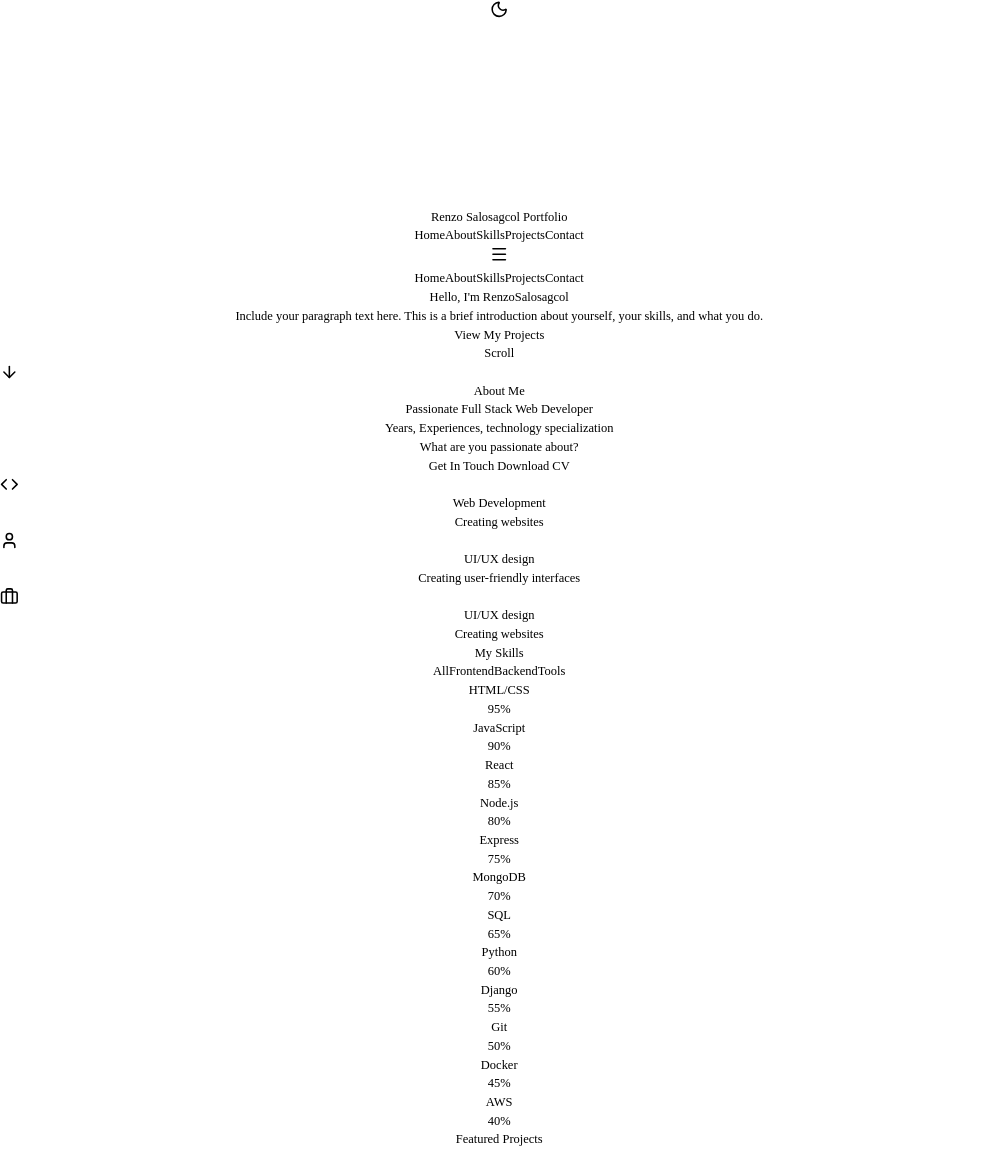
Repository: Renzo-Salosagcol/PERSONAL-PORTFOLIO
Page: /
An editor plug-in stored every save of this project. The page is shown before and after the next save, followed by the edit.
The browser window is 1280 px wide. The pictures show the whole page, at 78% of full size.
The project was rebuilt for these pictures with package versions that can differ from the ones it lists, and the page was loaded fresh each time. Also part of the build but not shown: vite.config.js, src/pages/notFound.jsx.

Above is the page before, as saved 2025-10-06 20:36:58.

### src/index.css
@import "tailwindcss";

@theme {
  --color-border: hsl(var(--border));
  --color-background: hsl(var(--background));
  --color-foreground: hsl(var(--foreground));

  --color-primary: hsl(var(--primary));
  --color-primary-foreground: hsl(var(--primary-foreground));

  --color-card: hsl(var(--card));

  --animate-float: float 6s ease-in-out infinite;
  --animate-pulse-subtle: pulse-subtle 4s ease-in-out infinite;
  --animate-fade-in: fade-in 0.7s ease-out forwards;
  --animate-fade-in-delay-1: fade-in 0.7s ease-out 0.2s forwards;
  --animate-fade-in-delay-2: fade-in 0.7s ease-out 0.4s forwards;
  --animate-fade-in-delay-3: fade-in 0.7s ease-out 0.6s forwards;
  --animate-fade-in-delay-4: fade-in 0.7s ease-out 0.8s forwards;
  --animate-meteor: meteor 5s linear infinite;
}

@keyframes float {
  0%,
  100% {
    transform: translateY(0);
  }
  50% {
    transform: translateY(-10px);
  }
}

@keyframes pulse-subtle {
  0%,
  50% {
    opacity: 0.8;
  }
  100% {
    opacity: 1;
  }
}

@keyframes fade-in {
  from {
    opacity: 0;
    transform: translateY(20px);
  }
  to {
    opacity: 1;
    transform: translateY(0);
  }
}

@keyframes meteor {
  0% {
    transform: rotate(215deg) translateX(0);
    opacity: 1;
  }
  70% {
    opacity: 1;
  }
  100% {
    transform: rotate(215deg) translateX(-500px) ;
    opacity: 0;
  }
}

@layer base {
  :root {
    --background: 210 40% 98%;
    --foreground: 222 47% 11%;

    --card: 0 0% 100%;

    --primary: 259 47% 60%;
    --primary-foreground: 210 40% 98%;

    --border: 214 32% 91%;
  }

  .dark {
    --background: 222 47% 4%;
    --foreground: 213 31% 91%;

    --card: 222 47% 8%;

    --primary: 250 65% 65%;
    --primary-foreground: 213 31% 91%;

    --border: 217 33
  }

    * {
      @apply border-border;
    }

    html {
      @apply scroll-smooth;
    }

    body {
      @apply bg-background text-foreground transition-colors duration-300;
      font-feature-settings: "rlig" 1, "calt" 1;
    }
}

@utility container {
  margin-inline: auto;
  padding-inline: 2rem;

  @media (width >= 640px) {
    max-width: 640px;
  }

  @media (width >= 768px) {
    max-width: 768px;
  }

  @media (width >= 1024px) {
    max-width: 1024px;
  }

  @media (width >= 1280px) {
    max-width: 1280px;
  }

  @media (width >= 1400px) {
    max-width: 1400px;
  }

}

@utility text-glow {
  @apply relative;
  text-shadow: 0 0 10px rgb(167, 139, 250, 0.5);
}

@utility card-hover {
  @apply transition-transform duration-300 hover:scale-[1.02] hover:shadow-lg;
}

@utility gradient-border {
  @apply relative rounded-md;
  background: linear-gradient(to right, hsl(var(--card)));
  background-clip: padding-box;
  border: 1px solid transparent;
}

@utility cosmic-button {
  @apply px-5 py-2 rounded-full bg-primary text-primary-foreground font-medium
  transition-all duration-300 hover:shadow-[0_0_10px_rgba(139,92,246,0.5)]
  hover:scale-105 active:scale-95;
}

@utility star {
  @apply absolute bg-white rounded-full;
  box-shadow: 0 0 10px 2px rgba(255, 255, 255, 0.4);
}

@utility meteor {
  @apply absolute bg-linear-to-r from-white to-transparent rounded-full;
  box-shadow: 0 0 10px 5px rgba(255, 255, 255, 0.3);
}

#root {
  max-width: 100%;
  margin: 0 auto;
  padding: 0;
  text-align: center;
}

### src/App.jsx
import { BrowserRouter, Routes, Route } from "react-router-dom"
import { Home } from "./pages/home"
import { NotFound } from "./pages/notFound"

function App() {
  return (
    <>
      <BrowserRouter>
        <Routes>
          <Route index element={<Home />} />
          <Route path="*" element={<NotFound />} />
        </Routes>
      </BrowserRouter>
    </>
  );
}

export default App

### src/pages/home.jsx
import { ThemeToggle } from "../components/ThemeToggle"
import { StarBackground } from "../components/StarBackground"
import { Navbar } from "../components/Navbar"
import { HeroSection } from "../components/HeroSection"
import { AboutSection } from "../components/AboutSection"
import { SkillsSection } from "../components/SkillsSection"
import { ProjectsSection } from "../components/ProjectsSections"


export const Home = () => {
  return (
    <div className="min-h-screen bg-background text-foreground overflow-x-hidden">
      {/* Theme Toggle */}
      <ThemeToggle />

      {/* Background Effects */}
      <StarBackground />

      {/* Navbar */}
      <Navbar />

      {/* Main Content */}
      <main>
        <HeroSection />
        <AboutSection />
        <SkillsSection />
        <ProjectsSection />
      </main>

      {/* Footer */}
    </div>
  )
}

### src/components/ThemeToggle.jsx
import { useState, useEffect } from "react"
import { Sun, Moon } from "lucide-react"
import { cn } from "@/lib/utils"

export const ThemeToggle = () => {
  const [isDark, setIsDark] = useState(false)

  useEffect(() => {
    const theme = localStorage.getItem("theme")
    if (theme) {
      setIsDark(theme === "dark")
      document.documentElement.classList.toggle("dark", theme === "dark")
    }
  }, [])

  const toggleTheme = () => {
    setIsDark(!isDark)
    document.documentElement.classList.toggle("dark", !isDark)
    localStorage.setItem("theme", !isDark ? "dark" : "light")
  }

  return (
    <button
      onClick={toggleTheme}
      className={cn("fixed max-sm:hidden top-5 right-5 z-50 p-2 rounded-full",
        "transition-color duration-300 focus:outline-hidden"
      )}
    >
      {isDark ? (
        <Sun className="h-6 w-6 text-yellow-300" />
      ) : (
        <Moon className="h-6 w-6 text-blue-900" />
      )}
    </button>

  )
}

### src/components/StarBackground.jsx
import { useState, useEffect } from "react"

// ID, Size, X, Y, Opacity, Animation Duration

export const StarBackground = () => {
  const [stars, setStars] = useState([])
  const [meteors, setMeteors] = useState([])

  useEffect(() => {
    generateStars()
    generateMeteors()

    const handleResize = () => {
      generateStars()
      generateMeteors()
    }

    window.addEventListener("resize", handleResize)
    return () => window.removeEventListener("resize", handleResize)
  }, [])

  const generateStars = () => {
    const numberOfStars = Math.floor(window.innerWidth * window.innerHeight / 10000)

    const newStars = []
    for (let i = 0; i < numberOfStars; i++) {
      newStars.push({
        id: i,
        size: Math.random() * 3 + 1,
        x: Math.random() * 100,
        y: Math.random() * 100,
        opacity: Math.random() * 0.5 + 0.5,
        animationDuration: Math.random() * 4 + 2
      })
    }

    setStars(newStars)
  }

  const generateMeteors = () => {
    const numberOfMeteors = 4
    const newMeteors = []

    for (let i = 0; i < numberOfMeteors; i++) {
      newMeteors.push({
        id: i,
        size: Math.random() * 2 + 1,
        x: Math.random() * 100,
        y: Math.random() * 20,
        delay: Math.random() * 15,
        animationDuration: Math.random() * 3 + 3
      })
    }

    setMeteors(newMeteors)
  }

  return (
    <div className="fixed inset-0 overflow-hidden pointer-events-none z-0">
      {stars.map((star) => (
        <div key={star.id} className="star animate-pulse-subtle" style={{
          width: `${star.size}px`,
          height: `${star.size}px`,
          top: `${star.y}%`,
          left: `${star.x}%`,
          opacity: star.opacity,
          animationDuration: `${star.animationDuration}s`
        }}/>
      ))}

      {meteors.map((meteor) => (
        <div key={meteor.id} className="meteor animate-meteor" style={{
          width: `${meteor.size * 50}px`,
          height: `${meteor.size * 2}px`,
          top: `${meteor.y}%`,
          left: `${meteor.x}%`,
          animationDelay: meteor.delay,
          animationDuration: `${meteor.animationDuration}s`
        }}/>
      ))}
    </div>
    )
}

### src/components/Navbar.jsx
import { useState, useEffect } from 'react'
import { cn } from '@/lib/utils'
import { Menu, X } from 'lucide-react'

const navItems = [
  { name: 'Home', href: '#home' },
  { name: 'About', href: '#about' },
  { name: 'Skills', href: '#skills' },
  { name: 'Projects', href: '#projects' },
  { name: 'Contact', href: '#contact' },
]

export const Navbar = () => {
  const [isScrolled, setIsScrolled] = useState(false)
  const [isMenuOpen, setIsMenuOpen] = useState(false)

  useEffect(() => {
    const handleScroll = () => {
      setIsScrolled(window.scrollY > 10)
    }

    window.addEventListener('scroll', handleScroll)
    return () => {
      window.removeEventListener('scroll', handleScroll)
    }
  }, [])

  return (
    <nav className={cn("fixed w-full z-40 transition-all duration-300",
      isScrolled ? "py-3 bg-background/80 backdrop-blur-md shadow-xs" : "py-5"
    )}>
      <div className="container flex items-center justify-between">
        <a className="text-xl font-bold text-primary flex items-center" href="#hero">
          <span className="relative z-10">
            <span className="text-glow text-foreground"> Renzo Salosagcol </span> Portfolio
          </span>
        </a>

        {/* Desktop Nav */}
        <div className="hidden md:flex space-x-8">
          {navItems.map((item) => (
            <a
              key={item.name}
              className="text-foreground/80 hover:text-primary transition-colors duration-300"
              href={item.href}
            >
              {item.name}
            </a>
          ))}
        </div>

        {/* Mobile Nav */}
        <button
          onClick={() => setIsMenuOpen((prev) => !prev)}
          className="md:hidden p-2 text-foreground z-50"
          aria-label={isMenuOpen}
        >
          {isMenuOpen ? <X size={24} /> : <Menu size={24} />}
        </button>

        <div className={cn("fixed inset-0 bg-background/95 backdrop-blur-md z-40 flex flex-col items-center justify-center",
          "transition-all duration 300 md:hidden",
          isMenuOpen ? "opacity-100 pointer-events-auto" : "opacity-0 pointer-events-none"
        )}>
          <div className="flex flex-col space-y-8 text-xl">
            {navItems.map((item) => (
              <a
                key={item.name}
                className="text-foreground/80 hover:text-primary transition-colors duration-300"
                href={item.href}
                onClick={() => setIsMenuOpen(false)}
              >
                {item.name}
              </a>
            ))}
          </div>
        </div>

      </div>
    </nav>
  )
}

### src/components/HeroSection.jsx
import { ArrowDown } from "lucide-react"

export const HeroSection = () => {
  return (
    <section id="home" className="relative min-h-screen flex flex-col items-center justify-center px-4">
      <div className="container max-w-4xl auto text-center z-10">
        <div className="space-y-6">
          <h1 className="text-4xl md:text-6xl font-bold tracking-tight">
            <span className="opacity-0 animate-fade-in"> Hello, I'm</span>
            <span className="opacity-0 text-primary animate-fade-in-delay-1"> Renzo</span>
            <span className="opacity-0 text-gradient ml-2 animate-fade-in-delay-2">Salosagcol</span>
          </h1>
          <p className="text-lg md-texl-xl text-muted-foreground max-2-2xl mx-auto opacity-0 animate-fade-in-delay-3">
            Include your paragraph text here. This is a brief introduction about yourself, your skills, and what you do.
          </p>

          <div>
            <a href="#projects" className="cosmic-button opacity-0 animate-fade-in-delay-4">
              View My Projects
            </a>
          </div>
        </div>

        <div className="absolute bottom-9 left-1/2 transform -translate-x-1/2 flex flex-col items-center animate-bounce">
          <span className="text-sm text-muted-foreground mb-2"> Scroll </span>
          <ArrowDown className="h-5 w-5 text-primary" />

        </div>

      </div>
    </section>
  )
}

### src/components/AboutSection.jsx
import { Briefcase, Code, User } from 'lucide-react'

export const AboutSection = () => {
  return (
    <section id="about" className="py-24 px-4 relative">
      <div className="container mx-auto max-w-5xl">
        <h2 className="text-3xl md:text-4xl font-bold mb-12 text-center">
          About <span className="text-primary"> Me</span>
        </h2>

        <div className=" grid grid-cols-1 md:grid-cols-2 gap-12 items-center">
          <div className="space-y-6">
            <h3 className="font-semibold">Passionate Full Stack Web Developer</h3>
            <p className="text-muted-foreground">Years, Experiences, technology specialization</p>
            <p className="text-muted-foreground">What are you passionate about?</p>
            <div className="flex flex-col sm:flex-row gap-4 pt-4 justify-center">
              <a href="#contact" className="cosmic-button"> Get In Touch </a>
              <a href="#contact" className="px-6 py-2 rounded-full border border-primary text-primary hover:bg-primary/10 transition-colors duration-300"> Download CV </a>
            </div>
          </div>
          <div className="grid grid-cols-1 gap-6">
            <div className="gradient-border p-6 card-hover">
              <div className="flex items-start gap-4">
                <div className="p-3 rounded-full bg-primary/10">
                  <Code className="h-6 w-6 text-primary"/>
                </div>
                <div className="text-left">
                  <h4 className="font-semibold text-lg">Web Development</h4>
                  <p className="text-muted-foreground">Creating websites</p>
                </div>
              </div>
            </div>
            <div className="gradient-border p-6 card-hover">
              <div className="flex items-start gap-4">
                <div className="p-3 rounded-full bg-primary/10">
                  <User className="h-6 w-6 text-primary"/>
                </div>
                <div className="text-left">
                  <h4 className="font-semibold text-lg">UI/UX design</h4>
                  <p className="text-muted-foreground">Creating user-friendly interfaces</p>
                </div>
              </div>
            </div>
            <div className="gradient-border p-6 card-hover">
              <div className="flex items-start gap-4">
                <div className="p-3 rounded-full bg-primary/10">
                  <Briefcase className="h-6 w-6 text-primary"/>
                </div>
                <div className="text-left">
                  <h4 className="font-semibold text-lg">UI/UX design</h4>
                  <p className="text-muted-foreground">Creating websites</p>
                </div>
              </div>
            </div>

          </div>
        </div>
      </div>
    </section>
  )
}

### src/components/SkillsSection.jsx
import { useState } from "react"

// Dummy Data for Skills Section
const skills = [
  { name: "HTML/CSS", level: 95, category: "Frontend" },
  { name: "JavaScript", level: 90, category: "Frontend" },
  { name: "React", level: 85, category: "Frontend" },
  { name: "Node.js", level: 80, category: "Backend" },
  { name: "Express", level: 75, category: "Backend" },
  { name: "MongoDB", level: 70, category: "Backend" },
  { name: "SQL", level: 65, category: "Backend" },
  { name: "Python", level: 60, category: "Backend" },
  { name: "Django", level: 55, category: "Backend" },
  { name: "Git", level: 50, category: "Tools" },
  { name: "Docker", level: 45, category: "Tools" },
  { name: "AWS", level: 40, category: "Tools" },
]

const categories = ["All", "Frontend", "Backend", "Tools"]


export const SkillsSection = () => {
  const [activeCategory, setActiveCategory] = useState("All")

  const filteredSkills = skills.filter(skill => activeCategory === "All" || skill.category === activeCategory)

  return (
    <section id="skills" className="py-24 px-4 relative bg-secondary/30">
      <div className="container mx-auto max-w-5xl">
        <h2 className="text-3xl md:text-4xl font-bold mb-12 text-center">
          My <span className="text-primary">Skills</span>
        </h2>
        <div className="flex -flex-wrap justify-center mb-12 gap-4">
          {categories.map((category, key) => (
            <button
              key={key}
              className={`px-4 py-2 rounded-md text-sm font-semibold
                hover:cursor-pointer
                ${
                activeCategory === category
                  ? "bg-primary text-primary-foreground"
                  : "bg-secondary/70 text-foreground hover:bg-secondary/90"
              }`}
              onClick={() => setActiveCategory(category)}
            >
              {category}
            </button>
          ))}
        </div>
        <div className="grid grid-cols-1 sm:grid-cols-2 md:grid-cols-3 gap-6">
          {filteredSkills.map((skill, key) => (
            <div key={key} className="bg-card p-6 rounded-lg shadow-xs card-hover">
              <div className="text-left mb-4">
                <h3 className="font-semibold text-lg"> {skill.name}</h3>
              </div>
              <div className="w-full bg-secondary/50 h-2 rounded-full overflow-hidden">
                <div className="bg-primary h-2 rounded-full origin-left animate-[grow_1.5s_ease-out]"
                  style={{ width: `${skill.level}%` }}
                />
              </div>
              <div className="text-right mt-1">
                <span className="text-sm text-muted-foreground">{skill.level}%</span>
              </div>
            </div>
          ))}
        </div>
      </div>
    </section>
  )
}

### src/components/ProjectsSections.jsx

const projects = [
  {
    id: 1,
    title: "Project One",
    description: "A brief description of Project One.",
    imageUrl: "/projects/dummy_photo.jpg",
    tags: ["React", "Node.js"],
    demoUrl: "#",
    githubUrl: "#",
  },
  {
    id: 2,
    title: "Project Two",
    description: "A brief description of Project Two.",
    imageUrl: "/projects/dummy_photo.jpg",
    tags: ["React", "Node.js"],
    demoUrl: "#",
    githubUrl: "#",
  },
  {
    id: 3,
    title: "Project Three",
    description: "A brief description of Project Three.",
    imageUrl: "/projects/dummy_photo.jpg",
    tags: ["React", "Node.js"],
    demoUrl: "#",
    githubUrl: "#",
  }
]

export const ProjectsSection = () => {
  return (
    <section id="projects" className="py-24 px-4 relative">
      <div className="container mx-auto max-w-5xl">
        <h2 className="text-3xl md:text-4xl font-bold mb-4 text-center"> Featured <span className="text-primary"> Projects </span></h2>
      </div>
    </section>
  )
}

### src/lib/utils.js
import { clsx } from "clsx"
import { twMerge } from "tailwind-merge"

export const cn = (...inputs) => {
  return twMerge(clsx(...inputs))
}

Loaded but not shown: index.html (common file); src/main.jsx (common file)

After the next save:
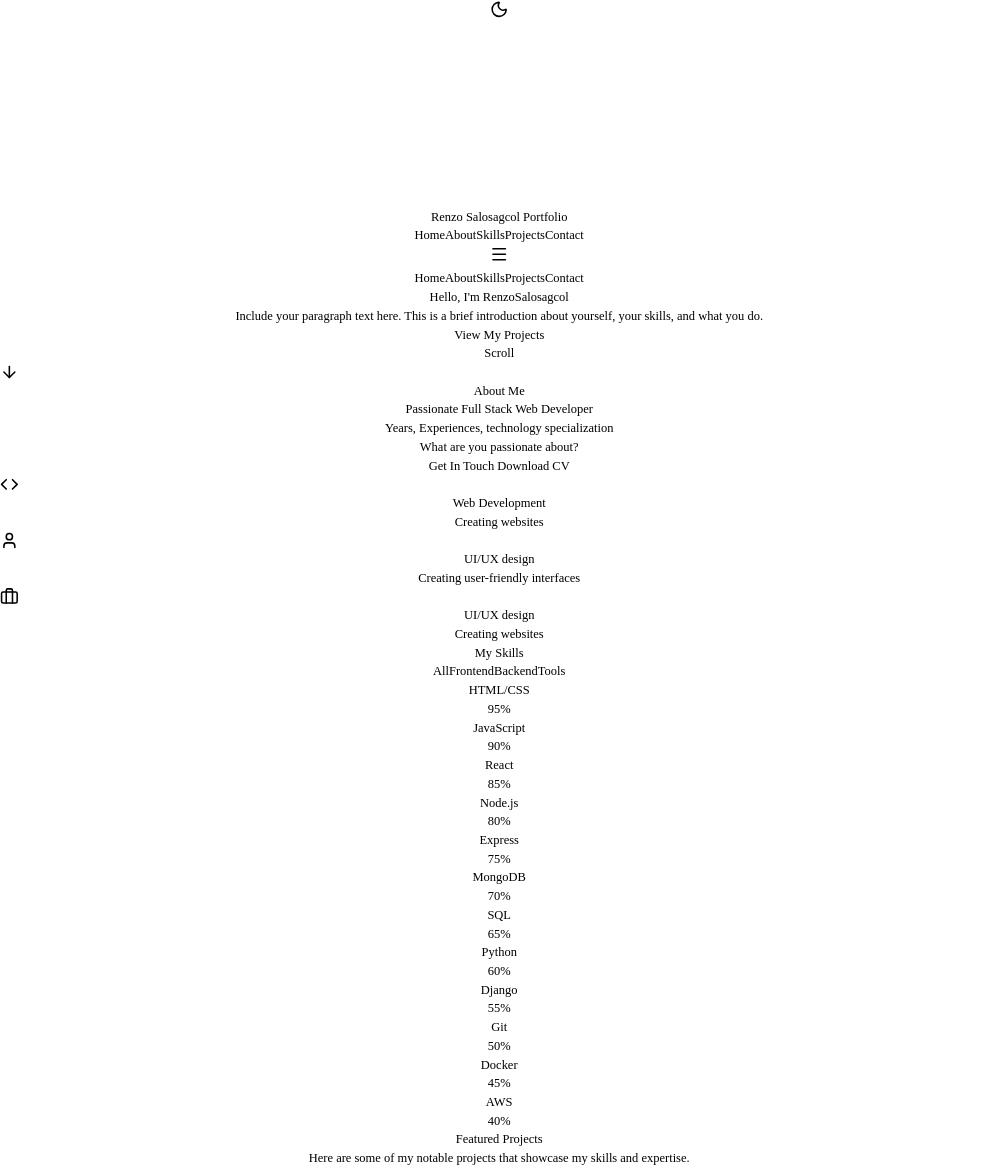
Saved 37 s later.
--- a/src/components/ProjectsSections.jsx
+++ b/src/components/ProjectsSections.jsx
@@ -34,6 +34,10 @@
     <section id="projects" className="py-24 px-4 relative">
       <div className="container mx-auto max-w-5xl">
         <h2 className="text-3xl md:text-4xl font-bold mb-4 text-center"> Featured <span className="text-primary"> Projects </span></h2>
+
+        <p className="text-center text-muted-foreground mb-12 max-w-2xl mx-auto">
+          Here are some of my notable projects that showcase my skills and expertise.
+        </p>
       </div>
     </section>
   )
